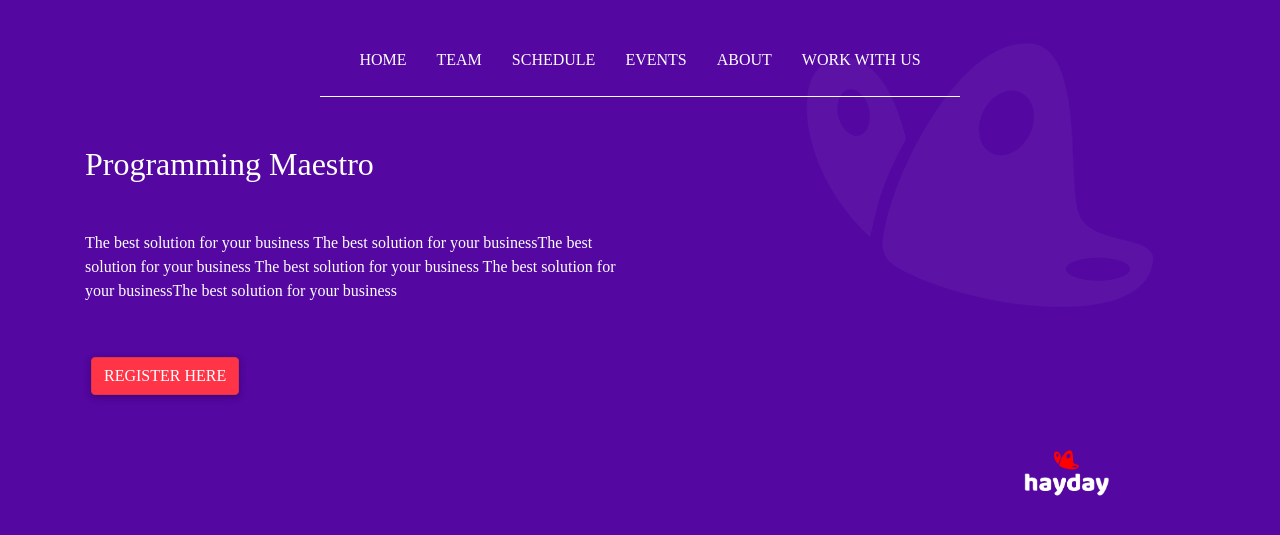
Repository: im1971/company-web
Page: event.html
An editor plug-in stored every save of this project. The page is shown before and after the next save, followed by the edit.
The browser window is 1280 px wide. The pictures show the whole page.
Some web fonts or font styles are not loaded; a fallback is used.

Above is the page before, as saved 2020-01-28 13:49:41.

After the next save:
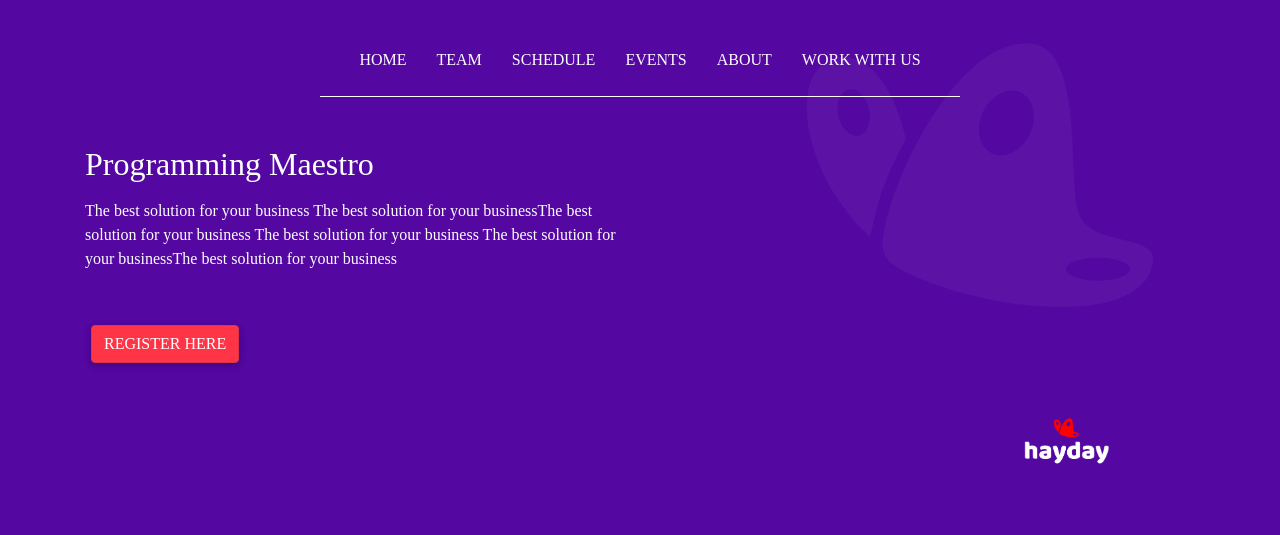
Saved 9 s later.
--- a/event.html
+++ b/event.html
@@ -60,7 +60,7 @@
                 <div class="row justify-content-center">
                     <div class="event_wrap">
                         <div class="col-md-6">
-                            <h2 class="title mb-5">Programming Maestro</h2>
+                            <h2 class="title mb-3">Programming Maestro</h2>
                             <p class="subtitle mb-5">
                                 The best solution for your business The best solution for your businessThe best solution for your business The best solution for your business The best solution for your businessThe best solution for your business
                             </p>
